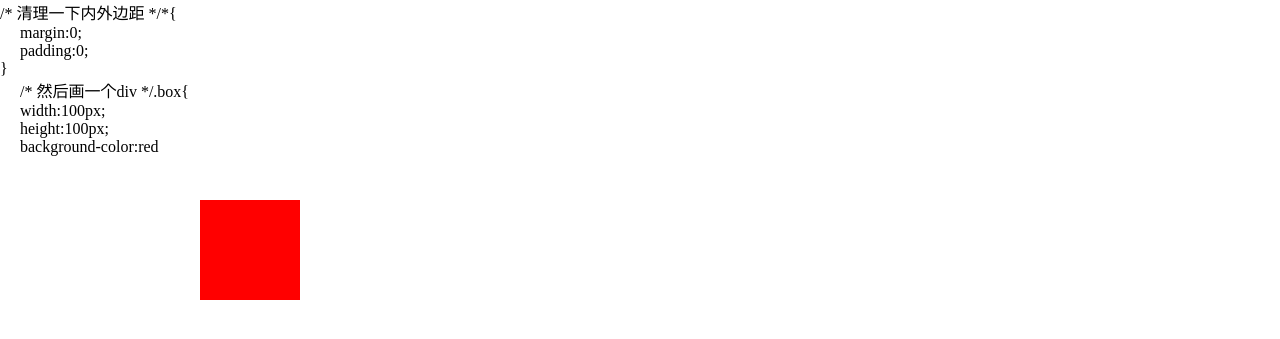
Repository: ScarApocalypse/study
Page: 一些想法/test.html
An editor plug-in stored every save of this project. The page is shown before and after the next save, followed by the edit.
The browser window is 1280 px wide. The pictures show the whole page.

Above is the page before, as saved 2019-08-02 00:45:26.

### 一些想法/test.html
<!DOCTYPE html>
<html lang="en">

<head>
    <meta charset="UTF-8">
    <meta name="viewport" content="width=device-width, initial-scale=1.0">
    <meta http-equiv="X-UA-Compatible" content="ie=edge">
    <title>Document</title>
    <style>
            .box{
                position: absolute;
                left:200px;
                top:200px;
            }

           </style>
    <style>
        /* 首先清理一下内外边距 */
        /* 然后画一个div */
    </style>

</head>

<body>
    <div id="show"></div>
    <div class="box transition">

    </div>
    <script>
        var show = document.getElementById('show');
        var style = document.getElementsByTagName('style')[1];
        console.log(style);
        var reg = /[{};]/;
        var str = '/* 清理一下内外边距 */*{margin:0;padding:0;}/* 然后画一个div */.box{width:100px;height:100px;background-color:red;transition:all 0.5s;position:absolute;top:400px;left:400px;}';
        var styleStr = '';
        var showStr = '';
        // var chat="1";
        var length = str.length;
        var strIndex = 0;
        var timeOut = setInterval(() => {
            if (strIndex == length - 1) {
                console.log(showStr);
                clearInterval(timeOut);

            }
            styleStr += [str[strIndex]];
            showStr += [str[strIndex]];
            if (reg.test(str[strIndex])) {
                showStr += '<br>';
                if (str[strIndex + 1] != '}' && str[strIndex + 1] != '.') {
                    showStr += '&nbsp;&nbsp;&nbsp;&nbsp;&nbsp;'
                }
            }

            // console.log(showStr);
            show.innerHTML = showStr;
            style.innerHTML=styleStr;


            strIndex++;
        }, 50);
    </script>
</body>

</html>

After the next save:
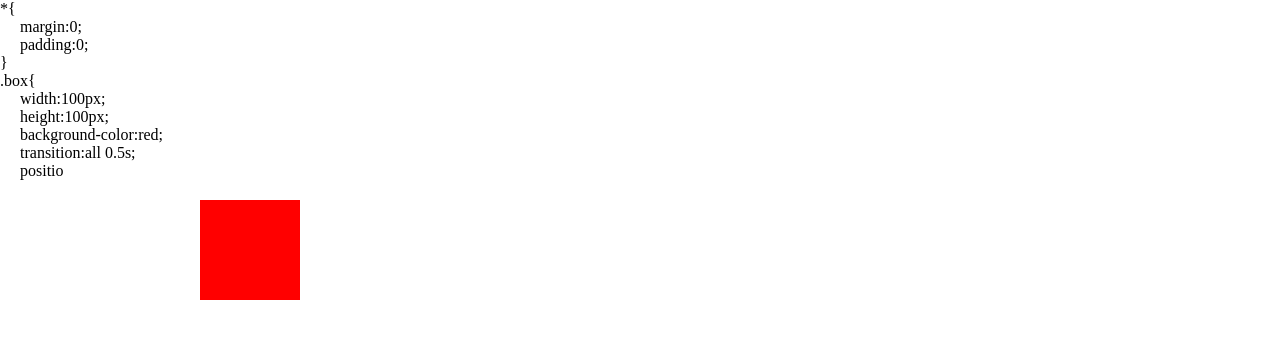
Saved 47 s later.
--- a/一些想法/test.html
+++ b/一些想法/test.html
@@ -31,7 +31,7 @@
         var style = document.getElementsByTagName('style')[1];
         console.log(style);
         var reg = /[{};]/;
-        var str = '/* 清理一下内外边距 */*{margin:0;padding:0;}/* 然后画一个div */.box{width:100px;height:100px;background-color:red;transition:all 0.5s;position:absolute;top:400px;left:400px;}';
+        var str = '*{margin:0;padding:0;}.box{width:100px;height:100px;background-color:red;transition:all 0.5s;position:absolute;top:400px;left:400px;}';
         var styleStr = '';
         var showStr = '';
         // var chat="1";
